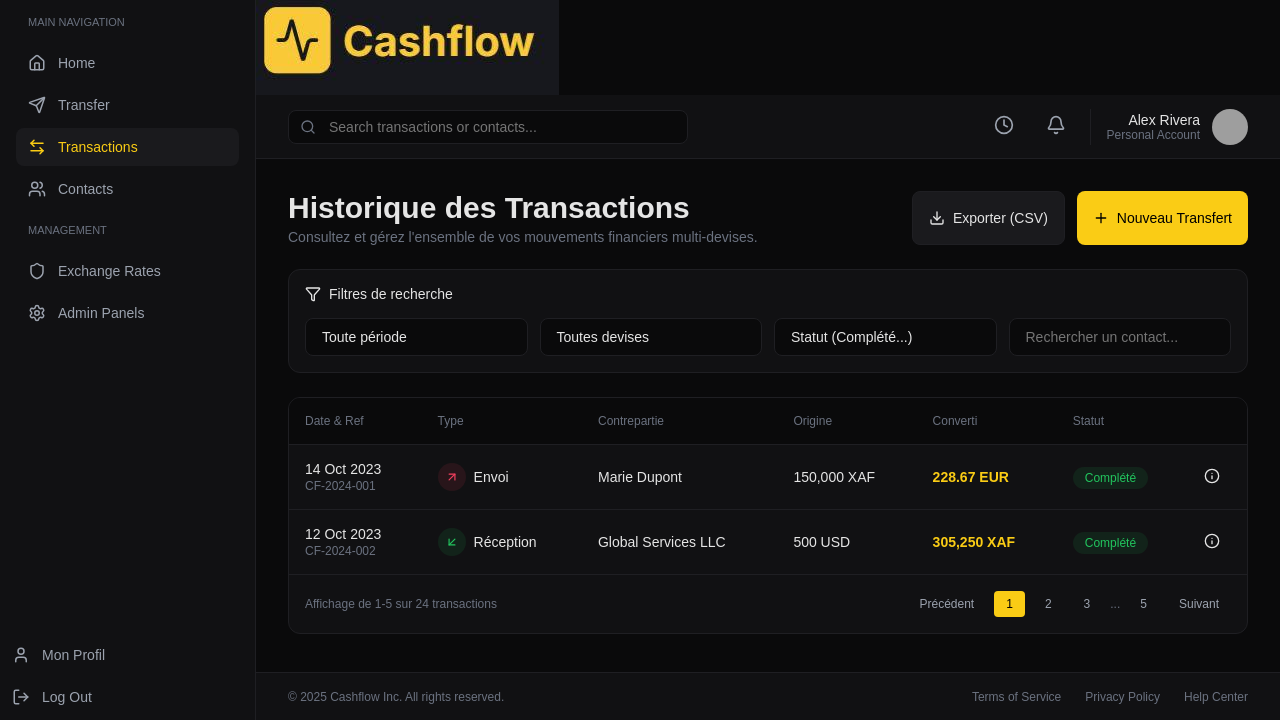
Repository: laetitiamaelle/GROUEPE5_PROGRAMMATIONWEBII_PLATEFORME_DE_TRANSFERT_MULTIDEVISE
Page: /transactions
The author's editor kept a copy of each file at every save. The page is drawn from the files as they stood at one save, then again after a run of saves.
The browser window is 1280 px wide. The pictures show the whole page.
Pictures or frames that could not be fetched are drawn as grey boxes. The project was rebuilt for these pictures with package versions that can differ from the ones it lists, and the page was loaded fresh each time. The framework's server and built-in components were replaced by stand-ins that run in the browser. Also part of the build but not shown: next.config.ts.

Above is the page before, as saved 2026-05-21 10:23:07.

### app/transactions/page.tsx
import Sidebar from '@/components/Sidebar'
import HistoriqueTransactions from '@/components/HistoriqueTransactions';

export default function TransactionPage() {
    return (
        <div style={{ display: 'flex', minHeight: '100vh', background: '#0A0A0B'}}>
            <Sidebar />
            <HistoriqueTransactions />
        </div>
    )
}

### app/globals.css
* {
    margin: 0;
    padding: 0;
    box-sizing: border-box;
}

body {
    background: #0A0A0B;
    color: #E5E5E5;
    font-family: Arial, sans-serif;
}

a {
    text-decoration: none;
    color: inherit;
}

button {
    cursor: pointer;
    border: none;
    font-family: inherit;
}

### components/Sidebar.tsx
'use client'
import Link from 'next/link';
import Image from 'next/image';
import { usePathname } from 'next/navigation'
import { Home, Send, ArrowLeftRight, Users, Shield, Settings, LogOut, User } from 'lucide-react'
import '../styles/Sidebar.css'

export default function Sidebar() {
    const pathname = usePathname()

    return (
        <aside className='sidebar'>


            <nav className='nav'>
                <p className='nav-title'>MAIN NAVIGATION</p>
                <Link href="/home" className={`nav-item ${pathname === '/home' ? 'active' : ''}`}>
                    <Home size={18} /> Home
                </Link>
                <Link href="/transfert" className={`nav-item ${pathname.startsWith('/transfert') ? 'active' : ''}`}>
                    <Send size={18} /> Transfer
                </Link>
                <Link href="/transactions" className={`nav-item ${pathname === '/transactions' ? 'active' : ''}`}>
                    <ArrowLeftRight size={18} /> Transactions
                </Link>
                <Link href="#" className="nav-item">
                    <Users size={18} /> Contacts
                </Link>

                <p className="nav-title">MANAGEMENT</p>
                <Link href="/exchange-rates" className={`nav-item ${pathname === '/exchange-rates' ? 'active' : ''}`}>
                    <Shield size={18} /> Exchange Rates
                </Link>
                <Link href="/dashboard" className={`nav-item ${pathname === '/admin' ? 'active' : ''}`}>
                    <Settings size={18} /> Admin Panels
                </Link>
            </nav>

            <div className='sidebar-footer'>
                <Link href="/profil" className={`nav-item ${pathname === '/profil' ? 'active' : ''}`}>
                    <User size={18} /> Mon Profil
                </Link>
                <div className='sidebar-logout'>
                    <button className='nav-item logout-btn'>
                        <LogOut size={18} /> Log Out
                    </button>
                </div>
            </div>
        </aside>
    )
}

### components/HistoriqueTransactions.tsx
'use client'
import { Search, Clock, Bell, Download, Plus, Filter, ArrowUpRight, ArrowDownLeft, RefreshCw, Info } from 'lucide-react'
import '../styles/HistoriqueTransactions.css'
import Image from 'next/image'
import maPhoto from '../public/logo-cashflow.jpeg'

export default function HistoriqueTransactions() {
  const data = [
    { date: '14 Oct 2023', ref: 'CF-2024-001', type: 'Envoi', contact: 'Marie Dupont', origine: '150,000 XAF', converti: '228.67 EUR', statut: 'Complété' },
    { date: '12 Oct 2023', ref: 'CF-2024-002', type: 'Réception', contact: 'Global Services LLC', origine: '500 USD', converti: '305,250 XAF', statut: 'Complété' },
  ]

  return (
    <div className="main">
      <Image src={maPhoto} alt="Description de la photo" placeholder="blur"/>
      <header className="topbar">
        <div className="search-box">
          <Search size={16} className="search-icon" />
          <input type="text" placeholder="Search transactions or contacts..." className="search" />
        </div>
        <div className="topbar-right">
          <button className="icon-btn"><Clock size={20} /></button>
          <button className="icon-btn"><Bell size={20} /></button>
          <div className="user">
            <div className="user-info">
              <span className="user-name">Alex Rivera</span>
              <span className="user-role">Personal Account</span>
            </div>
            <img src="https://i.pravatar.cc/40" alt="avatar" className="user-avatar" />
          </div>
        </div>
      </header>

      <div className="content">
        <div className="header">
          <div>
            <h1>Historique des Transactions</h1>
            <p>Consultez et gérez l'ensemble de vos mouvements financiers multi-devises.</p>
          </div>
          <div className="actions">
            <button className="btn-dark"><Download size={16} /> Exporter (CSV)</button>
            <button className="btn-yellow"><Plus size={16} /> Nouveau Transfert</button>
          </div>
        </div>

        <div className="filters">
          <div className="filters-title">
            <Filter size={16} />
            <span>Filtres de recherche</span>
          </div>
          <div className="filters-grid">
            <button className="filter-btn">Toute période</button>
            <button className="filter-btn">Toutes devises</button>
            <button className="filter-btn">Statut (Complété...)</button>
            <input type="text" placeholder="Rechercher un contact..." className="filter-input" />
          </div>
        </div>

        <div className="table-box">
          <table>
            <thead>
              <tr>
                <th>Date & Ref</th>
                <th>Type</th>
                <th>Contrepartie</th>
                <th>Origine</th>
                <th>Converti</th>
                <th>Statut</th>
                <th></th>
              </tr>
            </thead>
            <tbody>
              {data.map((row, i) => (
                <tr key={i}>
                  <td>
                    <span className="date">{row.date}</span>
                    <span className="ref">{row.ref}</span>
                  </td>
                  <td>
                    <div className="type-cell">
                      <div className={`type-icon ${row.type === 'Envoi' ? 'send' : row.type === 'Réception' ? 'receive' : 'convert'}`}>
                        {row.type === 'Envoi' ? <ArrowUpRight size={14} /> : row.type === 'Réception' ? <ArrowDownLeft size={14} /> : <RefreshCw size={14} />}
                      </div>
                      <span>{row.type}</span>
                    </div>
                  </td>
                  <td>{row.contact}</td>
                  <td className="montant">{row.origine}</td>
                  <td className="montant-converti">{row.converti}</td>
                  <td>
                    <span className={`statut ${row.statut === 'Complété' ? 'statut-complete' : row.statut === 'En attente' ? 'statut-attente' : 'statut-echoue'}`}>
                      {row.statut}
                    </span>
                  </td>
                  <td><Info size={16} /></td>
                </tr>
              ))}
            </tbody>
          </table>
          <div className="pagination">
            <span>Affichage de 1-5 sur 24 transactions</span>
            <div className="page-btns">
              <button>Précédent</button>
              <button className="active">1</button>
              <button>2</button>
              <button>3</button>
              <span>...</span>
              <button>5</button>
              <button>Suivant</button>
            </div>
          </div>
        </div>
      </div>

      <footer className="footer">
        <span>© 2025 Cashflow Inc. All rights reserved.</span>
        <div className="footer-links">
          <a href="#">Terms of Service</a>
          <a href="#">Privacy Policy</a>
          <a href="#">Help Center</a>
        </div>
      </footer>
    </div>
  )
}

### styles/Sidebar.css
.sidebar {
    width: 256px;
    background: #111113;
    border-right: 1px solid #1F1F23;
    display: flex;
    flex-direction: column;
    height: 100vh;
}

.logo {
    padding: 24px;
}

.logo-img {
    height: 28px;
    width: auto;
}

.nav {
    flex: 1;
    padding: 0 16px;
}

.nav-title {
    font-size: 11px;
    color: #6B7280;
    padding: 0 12px;
    margin: 16px 0;
}

.nav-item {
    display: flex;
    align-items: center;
    gap: 12px;
    padding: 10px 12px;
    border-radius: 8px;
    color: #9CA3AF;
    font-size: 14px;
    margin-bottom: 4px;
    width: 100%;
    background: none;
}

.nav-item:hover {
    background: #1A1A1D;
    color: white;
}

.nav-item.active {
    background: #1A1A1D;
    color: #FACC15;
}

.logout {
    padding: 16px;
    border-top: 1px solid #1F1F23;
}

### styles/HistoriqueTransactions.css
.main {
    flex: 1;
    display: flex;
    flex-direction: column;
}

.topbar {
    height: 64px;
    background: #111113;
    border-bottom: 1px solid #1F1F23;
    display: flex;
    align-items: center;
    justify-content: space-between;
    padding: 0 32px;
}

.search-box {
    position: relative;
    display: flex;
    align-items: center;
}

.search-icon {
    position: absolute;
    left: 12px;
    color: #6B7280;
}

.search {
    width: 400px;
    background: #0A0A0B;
    border: 1px solid #1F1F23;
    border-radius: 8px;
    padding: 8px 16px 8px 40px;
    color: white;
    font-size: 14px;
}

.topbar-right {
    display: flex;
    align-items: center;
    gap: 16px;
}

.icon-btn {
    background: none;
    color: #9CA3AF;
    padding: 8px;
    border-radius: 8px;
}

.icon-btn:hover {
    background: #1A1A1D;
}

.user {
    display: flex;
    align-items: center;
    gap: 12px;
    padding-left: 16px;
    border-left: 1px solid #1F1F23;
}

.user-info {
    text-align: right;
}

.user-name {
    display: block;
    font-size: 14px;
    font-weight: 500;
}

.user-role {
    display: block;
    font-size: 12px;
    color: #6B7280;
}

.user-avatar {
    width: 36px;
    height: 36px;
    border-radius: 50%;
}

.content {
    flex: 1;
    padding: 32px;
    overflow: auto;
}

.header {
    display: flex;
    justify-content: space-between;
    margin-bottom: 24px;
}

.header h1 {
    font-size: 30px;
    margin-bottom: 4px;
}

.header p {
    color: #6B7280;
    font-size: 14px;
}

.actions {
    display: flex;
    gap: 12px;
}

.btn-dark {
    background: #1A1A1D;
    border: 1px solid #1F1F23;
    color: #E5E5E5;
    padding: 8px 16px;
    border-radius: 8px;
    font-size: 14px;
    display: flex;
    align-items: center;
    gap: 8px;
}

.btn-yellow {
    background: #FACC15;
    color: black;
    padding: 8px 16px;
    border-radius: 8px;
    font-weight: 500;
    font-size: 14px;
    display: flex;
    align-items: center;
    gap: 8px;
}

.filters {
    background: #111113;
    border: 1px solid #1F1F23;
    border-radius: 12px;
    padding: 16px;
    margin-bottom: 24px;
}

.filters-title {
    display: flex;
    align-items: center;
    gap: 8px;
    font-size: 14px;
    margin-bottom: 16px;
}

.filters-grid {
    display: grid;
    grid-template-columns: repeat(4, 1fr);
    gap: 12px;
}

.filter-btn {
    background: #0A0A0B;
    border: 1px solid #1F1F23;
    border-radius: 8px;
    padding: 10px 16px;
    color: #E5E5E5;
    font-size: 14px;
    text-align: left;
}

.filter-input {
    background: #0A0A0B;
    border: 1px solid #1F1F23;
    border-radius: 8px;
    padding: 10px 16px;
    color: white;
    font-size: 14px;
}

.table-box {
    background: #111113;
    border: 1px solid #1F1F23;
    border-radius: 12px;
    overflow: hidden;
}

table {
    width: 100%;
    border-collapse: collapse;
}

thead {
    background: #0A0A0B;
}

th {
    text-align: left;
    padding: 16px;
    font-size: 12px;
    color: #6B7280;
    font-weight: 500;
}

td {
    padding: 16px;
    border-top: 1px solid #1F1F23;
    font-size: 14px;
}

tr:hover {
    background: #1A1A1D;
}

.date {
    font-weight: 500;
    display: block;
}

.ref {
    font-size: 12px;
    color: #6B7280;
    display: block;
    margin-top: 2px;
}

.type-cell {
    display: flex;
    align-items: center;
    gap: 8px;
}

.type-icon {
    width: 28px;
    height: 28px;
    border-radius: 50%;
    display: flex;
    align-items: center;
    justify-content: center;
}

.type-icon.send {
    background: rgba(244, 63, 94, 0.1);
    color: #F43F5E;
}

.type-icon.receive {
    background: rgba(34, 197, 94, 0.1);
    color: #22C55E;
}

.type-icon.convert {
    background: rgba(59, 130, 246, 0.1);
    color: #3B82F6;
}

.montant {
    font-weight: 500;
}

.montant-converti {
    font-weight: 600;
    color: #FACC15;
}

.statut {
    padding: 4px 12px;
    border-radius: 12px;
    font-size: 12px;
    font-weight: 500;
}

.statut-complete {
    background: rgba(34, 197, 94, 0.1);
    color: #22C55E;
}

.statut-attente {
    background: rgba(250, 204, 21, 0.1);
    color: #FACC15;
}

.statut-echoue {
    background: rgba(239, 68, 68, 0.1);
    color: #EF4444;
}

.pagination {
    padding: 16px;
    border-top: 1px solid #1F1F23;
    display: flex;
    justify-content: space-between;
    align-items: center;
    font-size: 12px;
    color: #6B7280;
}

.page-btns {
    display: flex;
    gap: 8px;
    align-items: center;
}

.page-btns button {
    background: none;
    color: #9CA3AF;
    padding: 6px 12px;
    border-radius: 4px;
    font-size: 12px;
}

.page-btns button.active {
    background: #FACC15;
    color: black;
}

.footer {
    height: 48px;
    background: #111113;
    border-top: 1px solid #1F1F23;
    display: flex;
    align-items: center;
    justify-content: space-between;
    padding: 0 32px;
    font-size: 12px;
    color: #6B7280;
}

.footer-links {
    display: flex;
    gap: 24px;
}

Loaded but not shown: app/layout.tsx (common file)

After the next 2 saves:
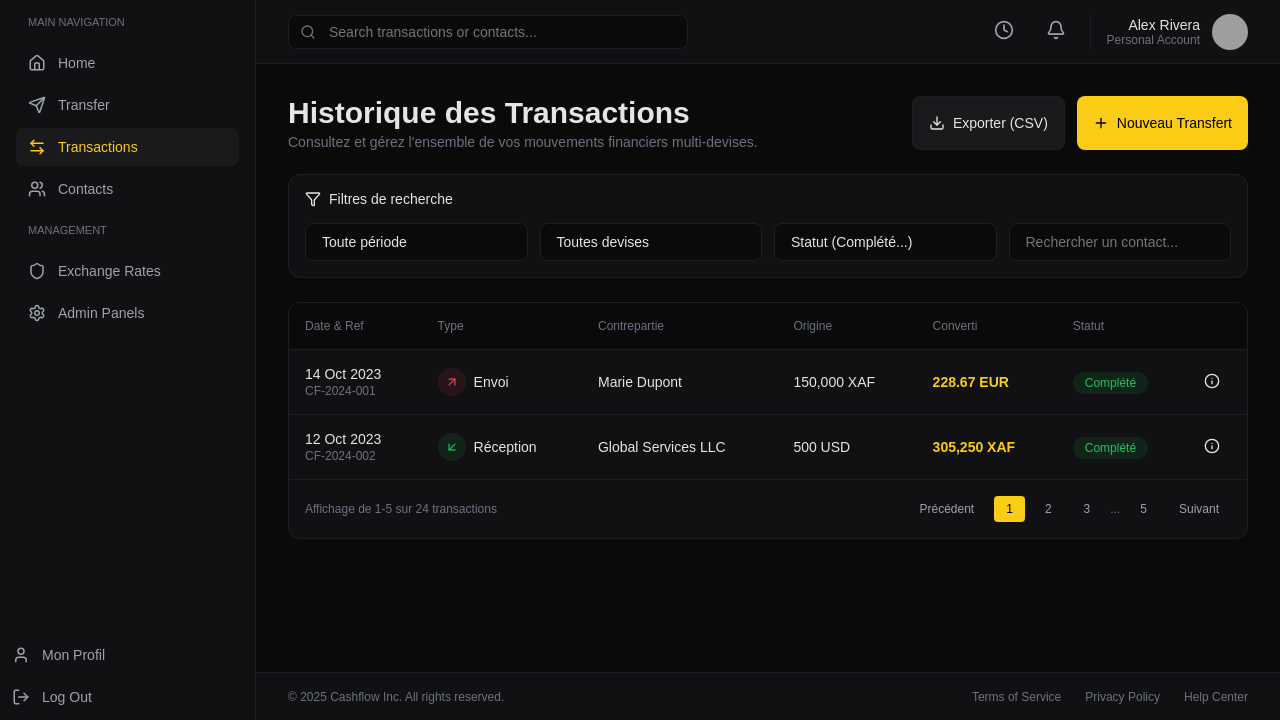
The 2 saves are shown as one change because 1 did not build or start.
The last was saved 25 s later.
--- a/components/HistoriqueTransactions.tsx
+++ b/components/HistoriqueTransactions.tsx
@@ -12,7 +12,6 @@ export default function HistoriqueTransactions() {
 
   return (
     <div className="main">
-      <Image src={maPhoto} alt="Description de la photo" placeholder="blur"/>
       <header className="topbar">
         <div className="search-box">
           <Search size={16} className="search-icon" />
